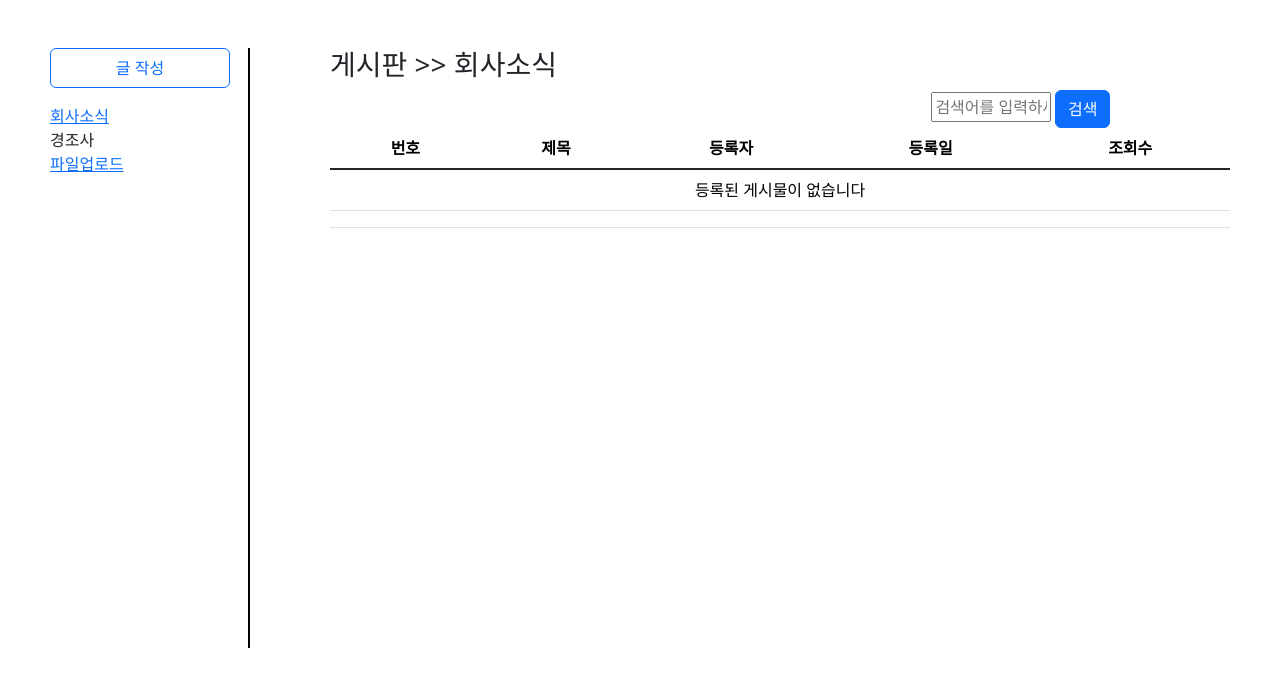
Repository: KimDongGyuu/final
Page: http://localhost/aceworks/WEB-INF/views/company_news/company_news_List.jsp
These files come from the project's save history. The page is drawn as it stood at one moment and after the next save; the edit follows.
The browser window is 1280 px wide. The pictures show the whole page.
The page is served by Tomcat 9. Nobody is signed in. Other server files are loaded and not shown. The template is opened directly, without the code that normally fills it, so the values that code supplies are empty.

Above is the page before, as saved 2024-03-17 04:02:17.

### aceworks/src/main/webapp/WEB-INF/views/company_news/company_news_List.jsp
<%@ page language="java" contentType="text/html; charset=UTF-8"
	pageEncoding="UTF-8"%>
<%@ include file="/WEB-INF/views/include/style.jsp"%>
<%@ taglib uri="http://java.sun.com/jsp/jstl/core" prefix="c"%>
<!DOCTYPE html>
<html>
<head>
<meta charset="UTF-8">
<title>Insert title here</title>
<style>
#left {
	width: 200px;
	height: 600px;
	float: left;
	border-right: 2px solid black;
	margin-left: 50px;
}

#right {
	width: 900px;
	height: 600px;
	margin-left: 330px;
}

#bt {
	width: 180px;
	height: 40px;
}
#Sbt {
	padding-top: 2px
	height: 30px;
}

h3 {
	text-align: center;
}
</style>
</head>
<body>


	<div>
		<div id="left">
			<button id="bt" type="button" class="btn btn-outline-primary"
				onclick="location.href='company_news_Writeform.do';">글 작성</button>
<div class="mt-3"><a href="company_news_List.do">회사소식</a> <br> 경조사 <br><a href="fileUploadForm.do">파일업로드</a></div>
		</div>
		<div id="right">
		<div class="mt-5 mb-2"><span class="h3">게시판 &gt;&gt; 회사소식</span></div>
<div class="mt-2 d-flex gap-2 justify-content-end">
    <form action="company_newsSearch.do">
        <input type="text" id="searchKeyword" name="keyword" placeholder="검색어를 입력하세요." style="width:40%; height: 30px;">
        <button id="Sbt" type="submit" class="btn btn btn-primary">검색</button>
    </form>
</div>
			<table width="1000" cellspacing="0" class="table table-hover">
				<thead>
					<tr align="center">
						<th scope="col">번호</th>
						<th scope="col">제목</th>
						<th scope="col">등록자</th>
						<th scope="col">등록일</th>
						<th scope="col">조회수</th>
					</tr>
				</thead>

				<tbody class="table-group-divider">
					<c:if test="${empty lists }">
						<tr>
							<td colspan="5" align="center">등록된 게시물이 없습니다</td>
						</tr>
					</c:if>

					<c:forEach var="dto" items="${lists }">
						<tr class="text-center">
							<th scope="row">${dto.news_idx }</th>
							<c:url var="company_newsContentUrl"
								value="company_news_Content.do">
								<c:param name="news_idx">${dto.news_idx }</c:param>
							</c:url>
							<td><a href="${company_newsContentUrl }">${dto.news_title }</a></td>
							<td>${dto.news_writer }</td>
							<td>${dto.news_writedate }</td>
							<td>${dto.news_readnum }</td>
						</tr>
					</c:forEach>
				</tbody>

				<tfoot>
					<tr>
						<td colspan="5" align="center">${pageStr }</td>
					</tr>
				</tfoot>
			</table>
		</div>
	</div>
</body>
</html>

### aceworks/src/main/webapp/WEB-INF/views/include/style.jsp
<%@ page language="java" contentType="text/html; charset=UTF-8"
    pageEncoding="UTF-8"%>
<!DOCTYPE html>
<html>
<head>
<meta charset="UTF-8">
<title>Insert title here</title>
<link
   href="https://cdn.jsdelivr.net/npm/bootstrap@5.3.3/dist/css/bootstrap.min.css"
   rel="stylesheet"
   integrity="sha384-QWTKZyjpPEjISv5WaRU9OFeRpok6YctnYmDr5pNlyT2bRjXh0JMhjY6hW+ALEwIH"
   crossorigin="anonymous">
<script
   src="https://cdn.jsdelivr.net/npm/bootstrap@5.3.3/dist/js/bootstrap.bundle.min.js"
   integrity="sha384-YvpcrYf0tY3lHB60NNkmXc5s9fDVZLESaAA55NDzOxhy9GkcIdslK1eN7N6jIeHz"
   crossorigin="anonymous"></script>
<script
   src="https://cdn.jsdelivr.net/npm/@popperjs/core@2.11.8/dist/umd/popper.min.js"
   integrity="sha384-I7E8VVD/ismYTF4hNIPjVp/Zjvgyol6VFvRkX/vR+Vc4jQkC+hVqc2pM8ODewa9r"
   crossorigin="anonymous"></script>
<script
   src="https://cdn.jsdelivr.net/npm/bootstrap@5.3.3/dist/js/bootstrap.min.js"
   integrity="sha384-0pUGZvbkm6XF6gxjEnlmuGrJXVbNuzT9qBBavbLwCsOGabYfZo0T0to5eqruptLy"
   crossorigin="anonymous"></script>
</head>
<body>

</body>
</html>

After the next save:
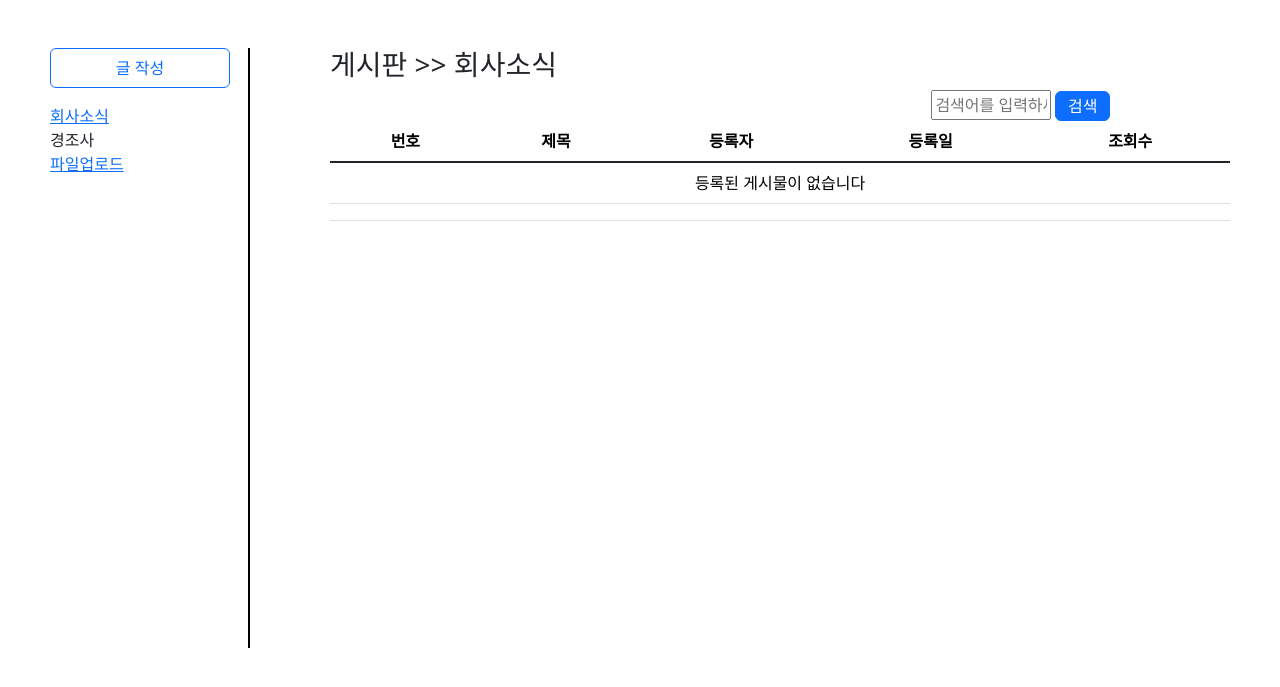
Saved 21 s later.
--- a/aceworks/src/main/webapp/WEB-INF/views/company_news/company_news_List.jsp
+++ b/aceworks/src/main/webapp/WEB-INF/views/company_news/company_news_List.jsp
@@ -27,7 +27,7 @@
 	height: 40px;
 }
 #Sbt {
-	padding-top: 2px
+	padding-top: 2px;
 	height: 30px;
 }
 
